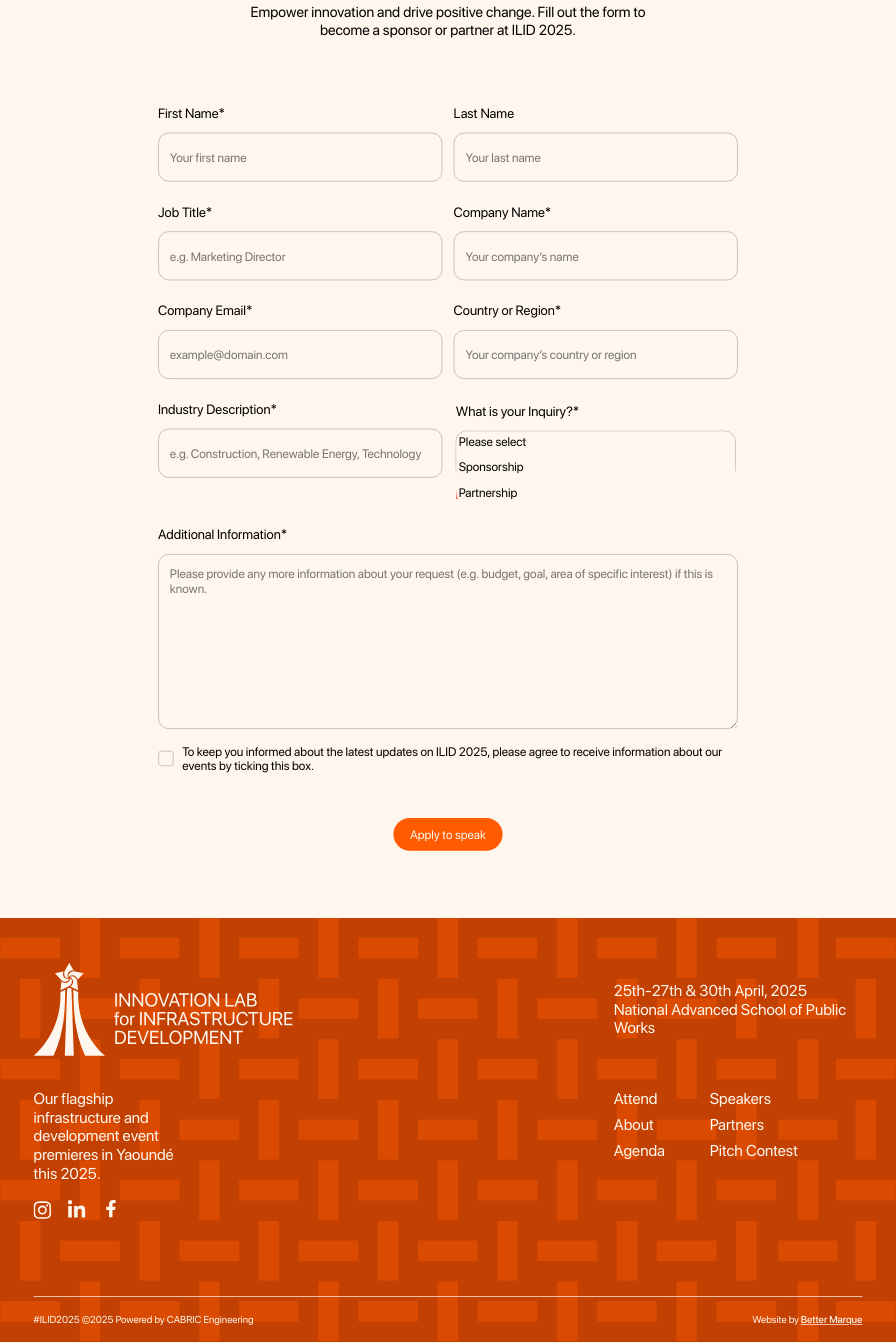
Repository: ilidevent/ilidwebsite
Page: /partners
These files come from the project's save history. The page is drawn as it stood at one moment and after a run of saves; the edit follows.
The browser window is 1280 px wide. The pictures show the part of the page from y = 878 to 2798 px (the page is 2796 px tall before and 2798 px after), at 70% of full size.
The project was rebuilt for these pictures with package versions that can differ from the ones it lists, and the page was loaded fresh each time. The framework's server and built-in components were replaced by stand-ins that run in the browser. Also part of the build but not shown: next.config.ts, components/ReUsables/ButtonTwo.tsx, styles/ReUsables/aboutboxwrapper.module.scss, components/ReUsables/TextEmail.tsx, styles/ReUsables/sloganbanner.module.scss, components/ReUsables/SloganBanner.tsx, styles/ReUsables/paddingtop.module.scss, components/ReUsables/PaddingTop.tsx and 43 more.

Above is the page before, as saved 2025-03-17 12:36:26.

After the next 2 saves:
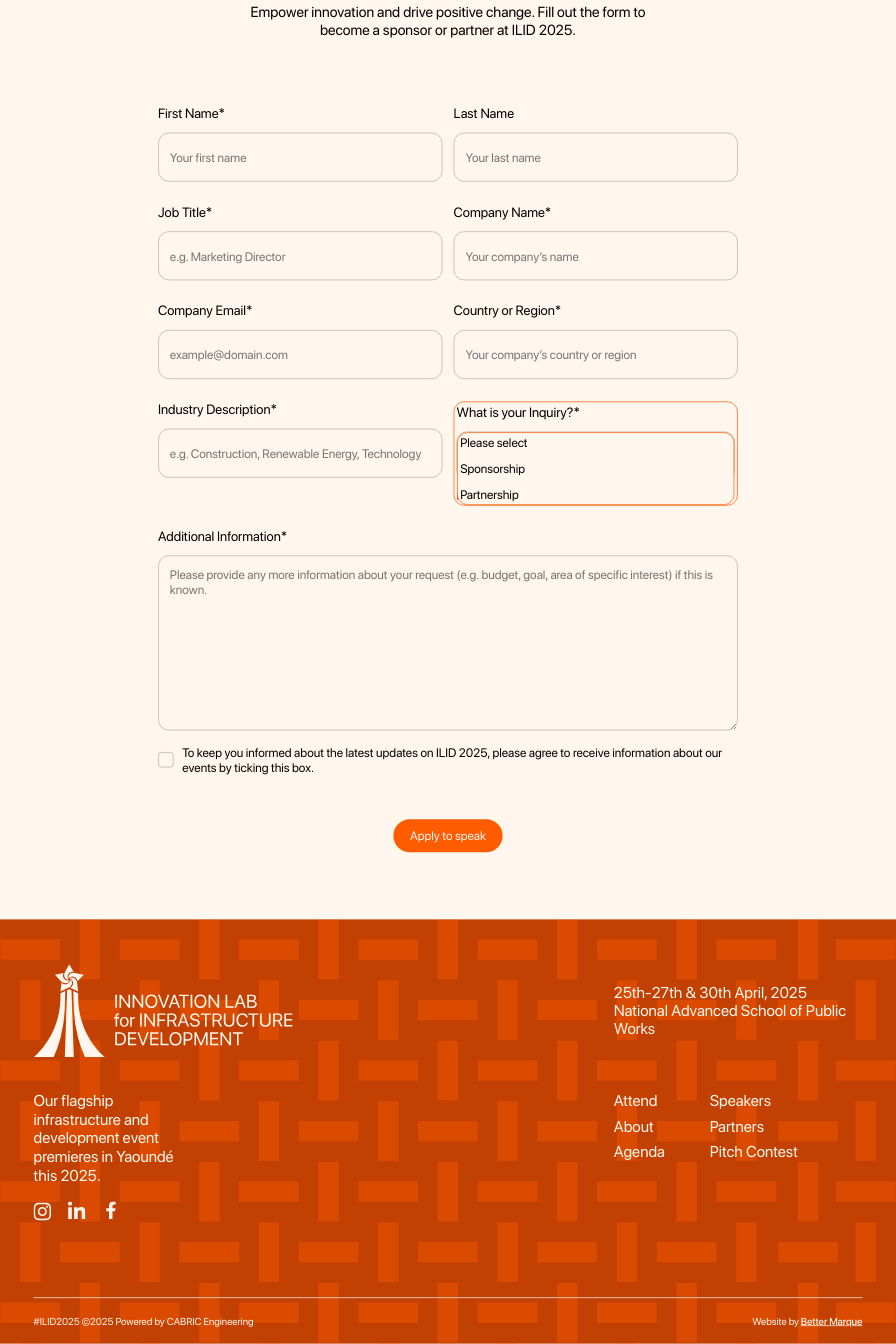
The 2 saves are shown as one change because 1 did not build or start.
The last was saved 11 s later.
--- a/styles/ReUsables/formselector.module.scss
+++ b/styles/ReUsables/formselector.module.scss
@@ -41,5 +41,5 @@
   padding: 0.2rem;
   border-radius: 15px;
   background-color: var(--body-color);
-
+  border: 1px solid var(--orange);
 }
